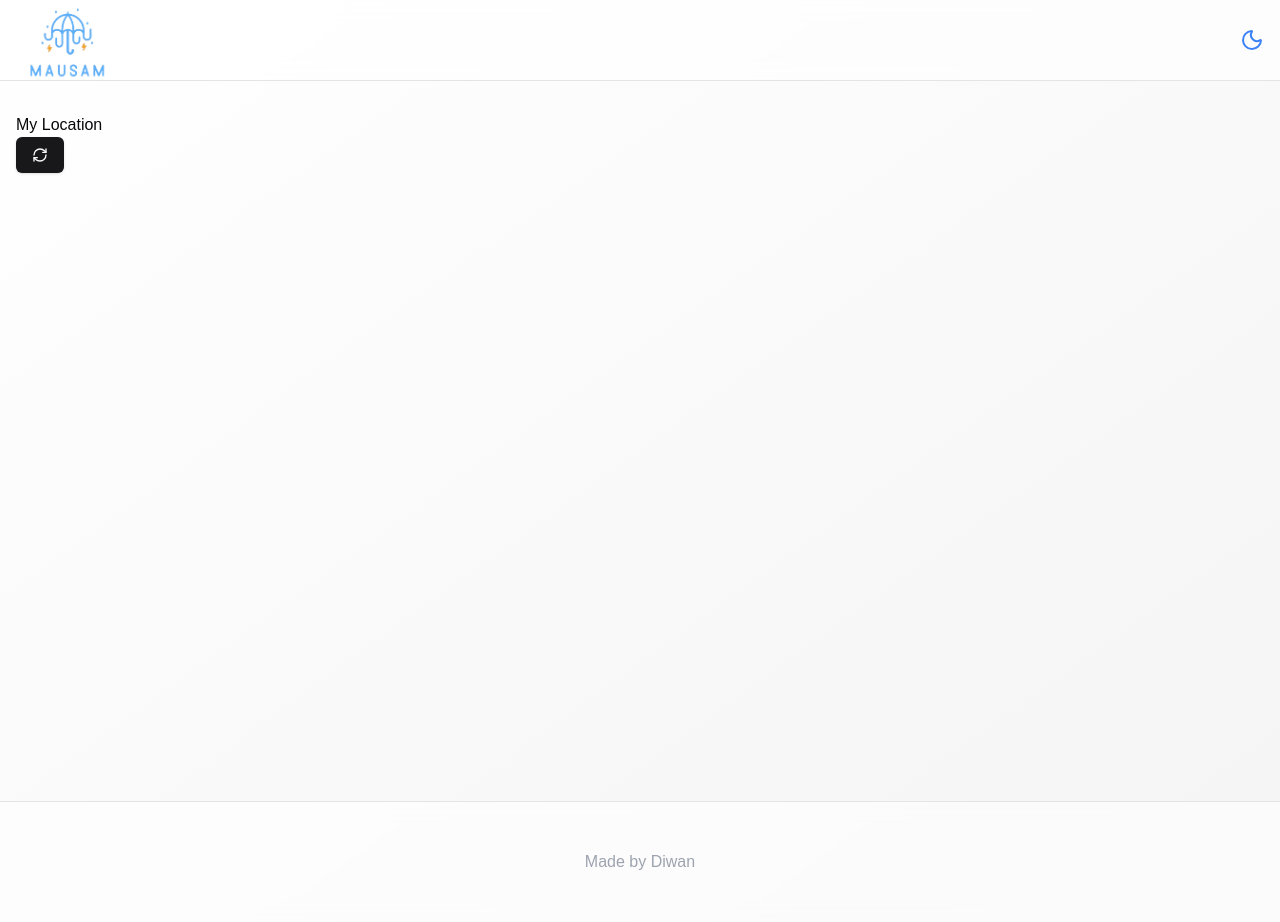
Repository: DiwanMalla/Mausam
Page: /
These files come from the project's save history. The page is drawn as it stood at one moment and after a run of saves; the edit follows.
The browser window is 1280 px wide. The pictures show the whole page.
The project was rebuilt for these pictures with package versions that can differ from the ones it lists, and the page was loaded fresh each time. Some packages were replaced by stand-ins written for this rebuild. The framework's server and built-in components were replaced by stand-ins that run in the browser. Also part of the build but not shown: next.config.mjs.

Above is the page before, as saved 2024-12-29 14:50:25.

After the next 2 saves:
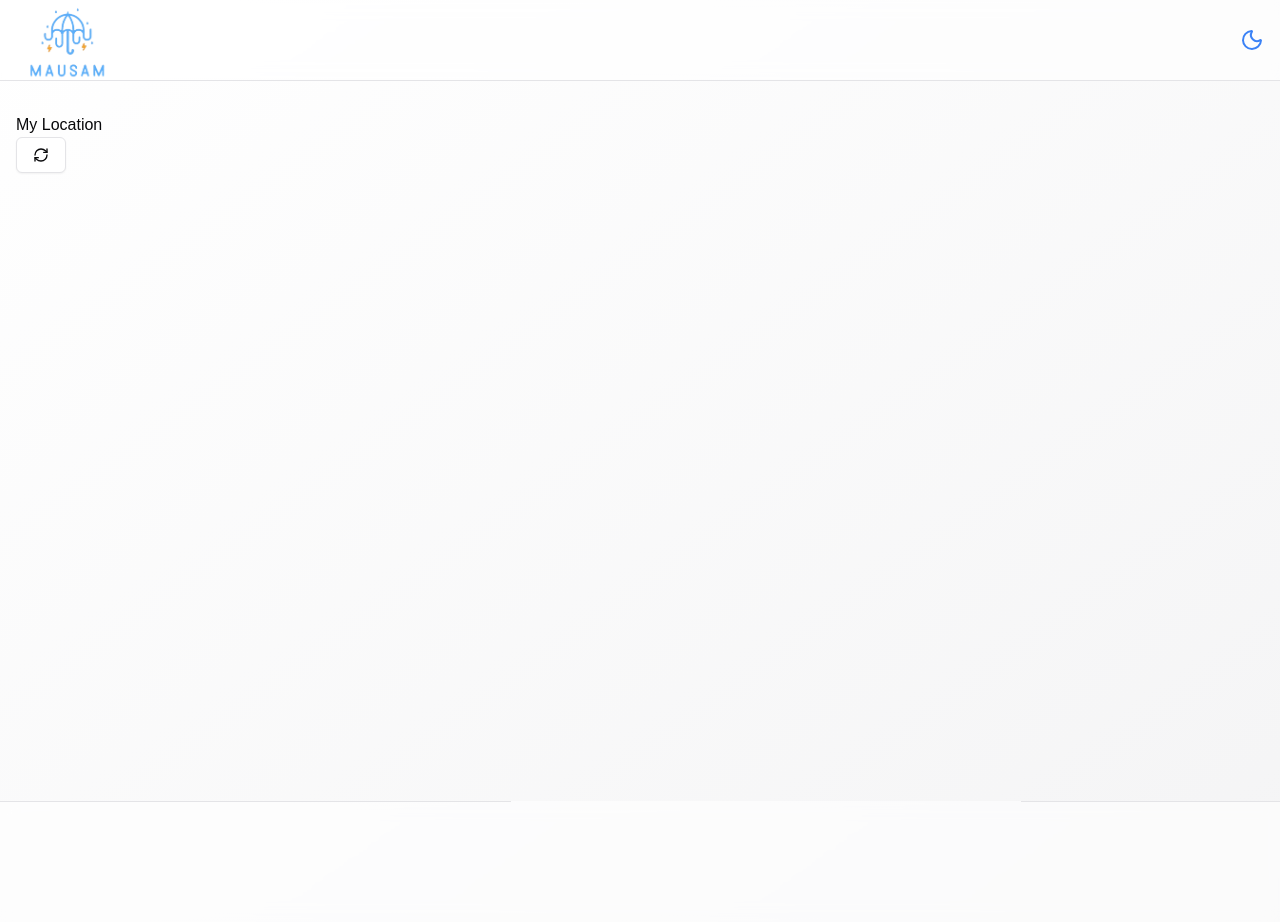
The 2 saves are shown as one change because 1 did not build or start.
The last was saved 15 s later.
--- a/app/(dashboard)/page.tsx
+++ b/app/(dashboard)/page.tsx
@@ -7,7 +7,7 @@
       {/*favorite cities*/}
       <div>
         <h1>My Location</h1>
-        <Button>
+        <Button variant={"outline"}>
           <RefreshCw />
         </Button>
       </div>
